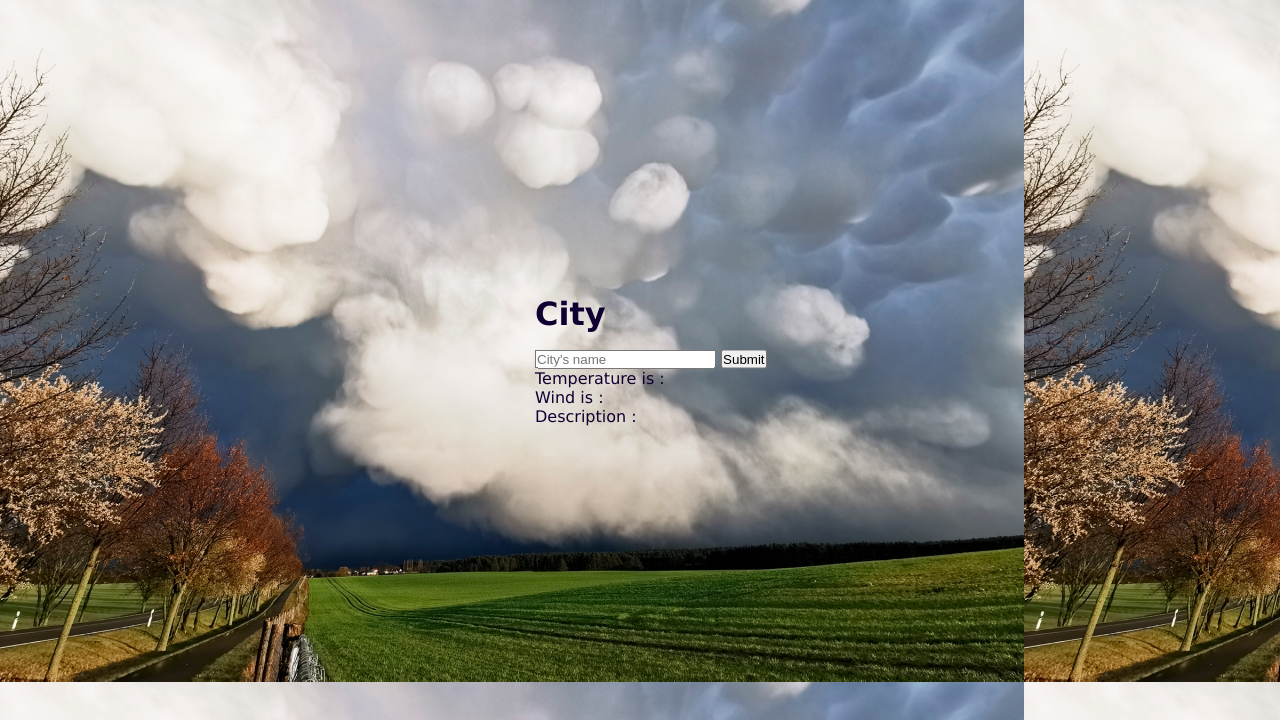
Repository: heartbreathing/searchWeather
Page: index.html
These files come from the project's save history. The page is drawn as it stood at one moment and after the next save; the edit follows.
The browser window is 1280 px wide. The pictures show the whole page.

Above is the page before, as saved 2022-11-06 22:47:48.

### index.html
<!DOCTYPE html>
<html lang="en">
  <head>
    <meta charset="UTF-8" />
    <meta http-equiv="X-UA-Compatible" content="IE=edge" />
    <meta name="viewport" content="width=device-width, initial-scale=1.0" />
    <title>search_weather</title>
    <link rel="stylesheet" href="index.css" />
  </head>
  <body>
    <div class="content">
      <h1><span class="name" >City</span></h1>
      <form class="form">
        <input type="text" name="name" placeholder="City's name" />
        <button type="submit">Submit</button>
      </form>
      <p class="content_line">
        Temperature is : <span class="temperature"></span>
      </p>
      <p class="content_line">Wind is :<span class="wind"></span></p>
      <p class="content_line">Description :<span class="description"></span></p>
    </div>

    <script src="index.js"></script>
  </body>
</html>

### index.css
* {
    margin: 0;
    padding: 0;
    box-sizing: border-box ;
}
body {
    background-image: url(./image/background_image.jpg) ;
    font-family: 'Lucida Sans', 'Lucida Sans Regular', 'Lucida Grande', 'Lucida Sans Unicode', Geneva, Verdana, sans-serif ;
    color: rgb(16, 1, 50);
}
.content {
    position: absolute;
    display: inline-block;
    width: 300px;
    top:50%;
    left:50%;
    transform: translate(-35%, -50%);
    row-gap: 1rem;
}
h1 {
    margin-bottom: 1rem;
}
.content_line {
    font-size: 1rem;
    margin-top: ;


}

### index.js
    "use strict";
      let form = document.querySelector('.form');
      let city;

      async function getData() {
        let res = await fetch(
          `https://goweather.herokuapp.com/weather/${city}`
        );
        const data = await res.json();

        const temp = document.querySelector('.temperature');
        const wind = document.querySelector('.wind');
        const forecast = document.querySelector('.content');
        const description = document.querySelector('.description');
        // const name = document.querySelector('.name')

        temp.innerHTML = data.temperature;
        wind.innerHTML = data.wind;
        description.innerHTML = data.description;
        // name.innerHTML = city

      }

      form.addEventListener('submit', function (event) {
        event.preventDefault();
        city = this.elements.name.value;
        getData();
      });

After the next save:
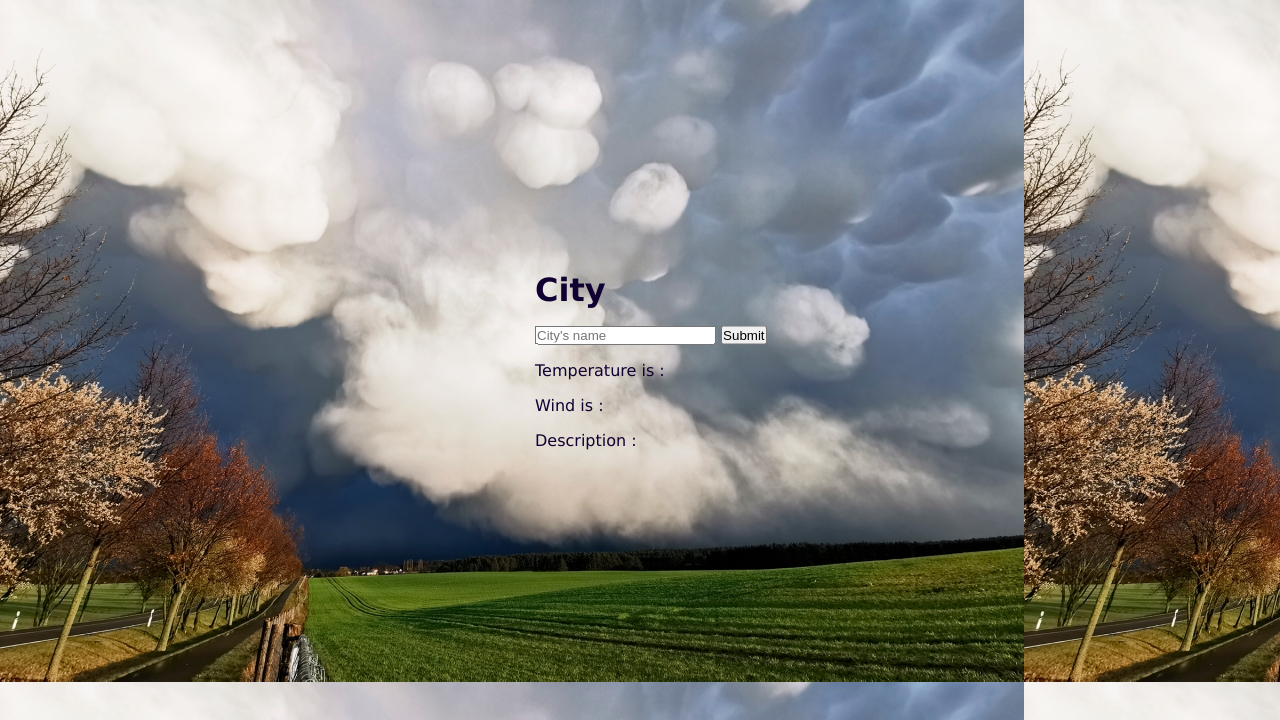
Saved 4 s later.
--- a/index.css
+++ b/index.css
@@ -22,7 +22,7 @@ h1 {
 }
 .content_line {
     font-size: 1rem;
-    margin-top: ;
+    margin-top: 1rem;
 
 
 }
